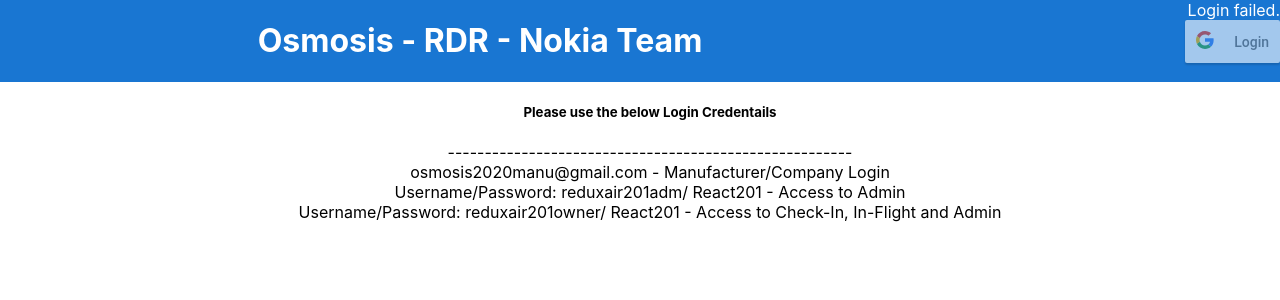
Repository: edeep/-osmosis2020React
Page: /
The author's editor kept a copy of each file at every save. The page is drawn from the files as they stood at one save, then again after the next save.
The browser window is 1280 px wide. The pictures show the whole page.
The project was rebuilt for these pictures with package versions that can differ from the ones it lists, and the page was loaded fresh each time.

Above is the page before, as saved 2020-03-01 18:56:59.

### src/App.js
import React from 'react';
import AppLayoutWithHeader from './mainAppWrapperComponent/AppLayoutWithHeader';

import './App.css';

function App() {
  return (
    <div className="App">
      <AppLayoutWithHeader/>
    </div>
  );
}

export default App;

### src/mainAppWrapperComponent/AppLayoutWithHeader.js
import React from 'react';
import LoginComponent from './loginApp';
import Grid from '@material-ui/core/Grid';
export default class AppLayoutWithHeader extends React.Component {

    constructor(props) {
        super(props);
        this.state = {
            isAuthorized: false,
            userRole:'NA'
        }

    }

    updateIsAuthorized = (authorizedVale, userRole) => {
        this.setState({ isAuthorized: authorizedVale, userRole: userRole})
    }

    render() {

        return (
            <div>
               <Grid container style={{display:'flex'}}>
                    <Grid item xs={9} sm={9} style={{
                        textAlign: 'center', background: '#1976d2',
                        color: 'white' }}><h1>Osmosis - RDR - Nokia Team </h1></Grid>
                    <Grid item xs={3} sm={3} style={{ textAlign: 'right', background: '#1976d2',
                        color: 'white'
                    }}><LoginComponent isAuthorized={this.updateIsAuthorized} /></Grid>
                </Grid>


                {this.state.isAuthorized && this.state.userRole !== 'otherRole' ?
                   <div></div> :
                    <Grid container>
                        {this.state.userRole === 'otherRole' ?
                            <Grid item xs={12} sm={12} ><h5>'You are not authorized!' </h5></Grid>: ''}
                        <Grid item xs={12} sm={12} >
                        <div style={{
                            paddingLeft:'20px'
                        }}>
                        <h5>Please use the below Login Credentails</h5>
                        <div>-------------------------------------------------------</div>
                            <div>osmosis2020manu@gmail.com - Manufacturer/Company Login</div>
                            <div>Username/Password: reduxair201adm/ React201 - Access to Admin</div>
                            <div>Username/Password: reduxair201owner/ React201 - Access to Check-In, In-Flight and Admin</div>
                            </div>
                        </Grid>
                    </Grid>
                }

                </div>
        );
    }
}

### src/mainAppWrapperComponent/loginApp.js
import React from 'react';
//import Button from '@material-ui/core/Button';
//import ReactDOM from 'react-dom';
import GoogleLogin from 'react-google-login';
import { GoogleLogout } from 'react-google-login';
import PropTypes from 'prop-types';

export default class LoginComponent extends React.Component {
   //isAuthorized={this.updateIsAuthorized}
    constructor(props) {
        super(props);
        this.state = {
            userLoggedIn: false,
            userMessage: ''
        }
    }

     responseGoogleOnSucess = (response) => {
         console.log(response);
         this.setState({ userLoggedIn: true, userMessage: response.profileObj.name });
         let role = 'otherRole';
         if (response.profileObj.email === 'reduxair201adm@gmail.com')
         {
             role = 'admin';
         } else if (response.profileObj.email === 'reduxair201stf@gmail.com') {
             role = 'staff';
         } else if (response.profileObj.email === 'reduxair201owner@gmail.com') {
             role = 'owner';
         }
         this.props.isAuthorized(true, role);
    }


    responseGoogleOnFailure = (response) => {
        console.log(response);
        this.setState({ userLoggedIn: false, userMessage: 'Login failed.' });
        this.props.isAuthorized(false,'NA');
    }

    logout = (response) => {
        console.log(response);
        this.setState({ userLoggedIn: false, userMessage: '' });
        this.props.isAuthorized(false,'NA');
    }

    render() {


        return (
            <div>
                <div>{this.state.userMessage}</div>

                <div>{!this.state.userLoggedIn ?
                    <GoogleLogin
                        clientId="477163276602-qoaq5gonc65orfkccrrch8qm4mon1mqv.apps.googleusercontent.com"
                        buttonText="Login"
                        onSuccess={this.responseGoogleOnSucess}
                        onFailure={this.responseGoogleOnFailure}
                        cookiePolicy={'single_host_origin'}
                    /> :
                    <GoogleLogout
                        clientId="477163276602-qoaq5gonc65orfkccrrch8qm4mon1mqv.apps.googleusercontent.com"
                        buttonText="Logout"
                        onLogoutSuccess={this.logout}
                    />}
                </div>
                </div>
                );
                }
}

LoginComponent.propTypes = {
    isAuthorized: PropTypes.func
}

Loaded but not shown: public/index.html (common file); src/index.js (common file); src/index.css (common file); src/serviceWorker.js (common file); src/App.css (common file)

After the next save:
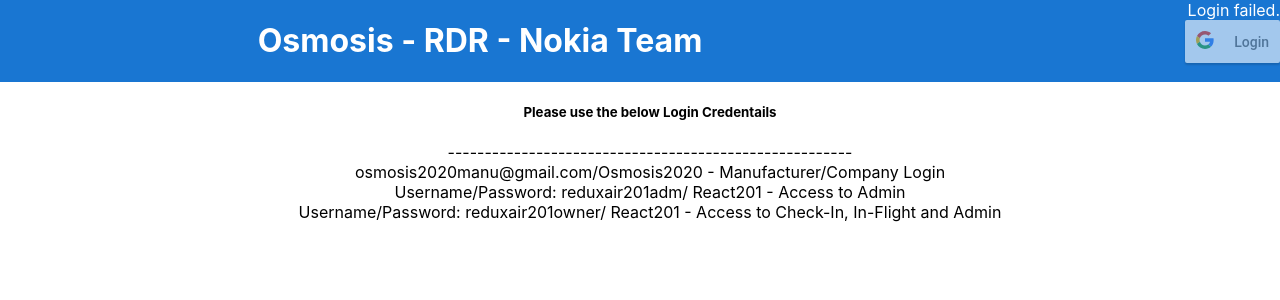
Saved 13 s later.
--- a/src/mainAppWrapperComponent/AppLayoutWithHeader.js
+++ b/src/mainAppWrapperComponent/AppLayoutWithHeader.js
@@ -41,7 +41,7 @@ export default class AppLayoutWithHeader extends React.Component {
                         }}>
                         <h5>Please use the below Login Credentails</h5>
                         <div>-------------------------------------------------------</div>
-                            <div>osmosis2020manu@gmail.com - Manufacturer/Company Login</div>
+                            <div>osmosis2020manu@gmail.com/Osmosis2020 - Manufacturer/Company Login</div>
                             <div>Username/Password: reduxair201adm/ React201 - Access to Admin</div>
                             <div>Username/Password: reduxair201owner/ React201 - Access to Check-In, In-Flight and Admin</div>
                             </div>
